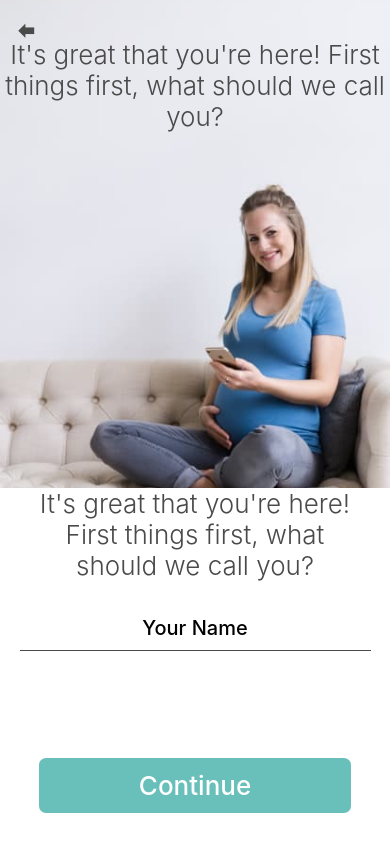
Repository: pheonixlegend/keleya
Screen: /Name
These files come from the project's save history. The screen is drawn as it stood at one moment and after the next save; the edit follows.
The app was drawn by React Native's web renderer in a window 390 px wide. The project was rebuilt for these pictures with package versions that can differ from the ones it lists, and the page was loaded fresh each time. Also part of the build but not shown: components/ImageHeader.tsx, components/LoginSignupDetails.tsx, screens/SignUp.tsx, screens/SignIn.tsx, screens/Date.tsx, screens/Workout.tsx, screens/Success.tsx.

Above is the screen before, as saved 2021-10-10 13:25:49.

### App.tsx
import { StatusBar } from 'expo-status-bar';
import React from 'react';
import { StyleSheet, Text, View } from 'react-native';
import Home from './screens/Home';
import { NavigationContainer } from '@react-navigation/native';
import AppStack from './routes/AppStack';

export default function App() {
  return (
    <NavigationContainer>
      <AppStack />
    </NavigationContainer>
  );
}

const styles = StyleSheet.create({
  container: {
    flex: 1,
    backgroundColor: '#fff',
    alignItems: 'center',
    justifyContent: 'center',
  },
});

### routes/AppStack.tsx
import { createStackNavigator } from '@react-navigation/stack';
import { Image } from 'react-native';
import Home from '../screens/Home';
import ImageHeader from '../components/ImageHeader';
import SignUp from '../screens/SignUp';
import SignIn from '../screens/SignIn';
import Name from '../screens/Name';
import Date from '../screens/Date';
import Workout from '../screens/Workout';
import Success from '../screens/Success';
import React from 'react';
import { Entypo } from '@expo/vector-icons';
import {RootStackParamList} from '../routes/RootStackPrams';

const Stack = createStackNavigator<RootStackParamList>();
    const appStack = () => {
        return (
            <Stack.Navigator
                screenOptions={{
                headerShown: false,
                headerTransparent: true,
                headerStyle: {
                  },
                  headerBackTitleStyle: {
                      opacity: 0,
                  },
                  headerTintColor: 'transparent'
                }}
            >
                <Stack.Screen name="Home" component={Home} />
                <Stack.Screen
                    name="SignUp"
                    component={SignUp}
                    options={{
                        headerShown: true,
                        headerBackImage: ()=>(<Entypo name='arrow-left' size={22}
                        color="#4a4a4a" style={{ paddingLeft: '20%', marginTop: '-10%' }} />)
                    }}
                />
                <Stack.Screen
                    name="SignIn"
                    component={SignIn}
                    options={{
                        headerShown: true,
                        headerBackImage: ()=>(<Entypo name='arrow-left' size={22}
                        color="#4a4a4a" style={{ paddingLeft: '20%', marginTop: '-10%' }} />)
                    }}
                />
                <Stack.Screen
                    name="Name"
                    component={Name}
                    options={{
                        headerShown: true,
                        headerBackImage: ()=>(<Entypo name='arrow-left' size={22}
                        color="#4a4a4a" style={{ paddingLeft: '20%', marginTop: '-10%' }} />)
                    }}
                />
                <Stack.Screen
                    name="Date"
                    component={Date}
                    options={{
                        headerShown: true,
                        headerBackImage: ()=>(<Entypo name='arrow-left' size={22}
                        color="#4a4a4a" style={{ paddingLeft: '20%', marginTop: '-10%' }} />)
                    }}
                />
                <Stack.Screen
                    name="Workout"
                    component={Workout}
                    options={{
                        headerShown: true,
                        headerBackImage: ()=>(<Entypo name='arrow-left' size={22}
                        color="#4a4a4a" style={{ paddingLeft: '20%', marginTop: '-10%' }} />)
                    }}
                />
                <Stack.Screen
                    name="Success"
                    component={Success}
                    options={{
                        headerShown: false,
                        headerBackImage: ()=>(<Entypo name='arrow-left' size={22}
                        color="#4a4a4a" style={{ paddingLeft: '20%', marginTop: '-10%' }} />)
                    }}
                />
            </Stack.Navigator>
        )
    }
export default appStack

### screens/Home.tsx
import { StatusBar } from 'expo-status-bar';
import React from 'react';
import { StyleSheet, Text, View, Button, Image, SafeAreaView, ImageBackground, TouchableOpacity } from 'react-native';
import { Global } from '../styles/Global';
import {useNavigation} from '@react-navigation/native';
import {StackNavigationProp} from '@react-navigation/stack';
import {RootStackParamList} from '../routes/RootStackPrams';

type authScreenProp = StackNavigationProp<RootStackParamList, 'Home'>;

function Home() {
  /* const signUpHandler = () => {
    navigation.push("Sign Up")
  }

  const signInHandler = () => {
    navigation.push("Sign In")
  }
 */
  const navigation = useNavigation<authScreenProp>();

  return (
    <ImageBackground source={require('../assets/images/first-intro-image.png')} style={styles.backgroundImage} >

    <SafeAreaView style={Global.container}>
      <StatusBar backgroundColor={'transparent'} translucent/>

      <View style={styles.imageContainer}>
        <Image source={require('../assets/images/keleya-logo.png')} style={styles.image} resizeMode="contain" />
      </View>

      <View style={styles.centeredView}>
        <Text style={styles.subText}>For a fit and relaxed pregnancy</Text>
      </View>

      <View style={styles.buttonContainer}>
      <TouchableOpacity style={styles.customBtnBGBottom} onPress={() => navigation.navigate('SignUp')}>
        <Text style={styles.customBtnTextBottom}>Get started</Text>
      </TouchableOpacity>


      <TouchableOpacity style={styles.customBtnBGBottom2} onPress={() => navigation.navigate('SignIn')}>
        <Text style={styles.customBtnTextBottom2}>Or login</Text>
      </TouchableOpacity>
      </View>
    </SafeAreaView>

    </ImageBackground>
  )
}

const styles = StyleSheet.create({
  imageContainer: {
    justifyContent: 'center',
    alignItems: 'center',
    height: '20%'
  },

  backgroundImage: {
    flex: 1,
    width: undefined,
    height: undefined,
    resizeMode: 'cover'
  },

  centeredView: {
    justifyContent: 'center',
    alignItems: 'center'
  },

  image: {
    width: '23%',
    height: '100%'
  },

  subText: {
    textAlign: 'center',
    fontSize: 24,
    fontWeight: "500",
    marginTop: '-3%',
    width: '53%',
    color: "#4a4a4a"
  },

  buttonContainer: {
    flex: 1,
    alignItems: 'center',
    height: '12.4%',
  },

  customBtnBGBottom: {
    backgroundColor: "#69c0ba",
    borderRadius: 7,
    width: '85%',
    height: '6.2%',
    position: 'absolute',
    bottom: 0,
    marginBottom: '23%',
    justifyContent: 'center',
    alignItems: 'center',
  },

  customBtnBGBottom2: {
    backgroundColor: "transparent",
    borderRadius: 7,
    width: '85%',
    position: 'absolute',
    bottom: 0,
    marginBottom: '10%',
    justifyContent: 'center',
    alignItems: 'center',
  },

  customBtnTextBottom: {
    fontSize: 26,
    fontWeight: "500",
    color: "#fff",
    textAlign: "center"
  },

  customBtnTextBottom2: {
    fontSize: 21,
    fontWeight: "600",
    color: "#4a4a4a",
    textAlign: "center"
  }

});

export default Home

### screens/Name.tsx
import {useNavigation} from '@react-navigation/native';
import { StatusBar } from 'expo-status-bar';
import React from 'react';
import { StyleSheet, Text, View, SafeAreaView, TouchableOpacity, TextInput } from 'react-native';
import { Global } from '../styles/Global';
import ImageHeaderMedium from '../components/ImageHeaderMedium';
import {StackNavigationProp} from '@react-navigation/stack';
import {RootStackParamList} from '../routes/RootStackPrams';
import NameTimeDetails from '../components/NameTimeDetails';

type nameScreenProp = StackNavigationProp<RootStackParamList, 'Name'>;

function Name() {
  const navigation = useNavigation<nameScreenProp>();

 return (
    <SafeAreaView style={styles.mainContainer}>
      <StatusBar backgroundColor={'transparent'} translucent/>
      <ImageHeaderMedium screenType = "nameScreen"/>
      {<NameTimeDetails screenType = "nameScreen" /> }

      <View style={styles.buttonContainer}>
          <TouchableOpacity style={styles.customBtnBGBottom} onPress={() => navigation.navigate('Date')}>
            <Text style={styles.customBtnTextBottom}>Continue</Text>
          </TouchableOpacity>
      </View>
    </SafeAreaView>
  )
}

const styles = StyleSheet.create({
  mainContainer: {
    flex: 1,
    backgroundColor: 'white'
  },

  forgotPasswordText: {
    textAlign: 'center',
    fontSize: 19,
    width: '90%',
    fontWeight: "300",
    color: "#4a4a4a",
    paddingBottom: '7%'
  },

  buttonContainer: {
    alignItems: 'center',
    width: '100%',
    bottom: 0,
    position: 'absolute',
  },

  customBtnBGBottom: {
    backgroundColor: "#69c0ba",
    borderRadius: 7,
    width: '80%',
    paddingTop: '3%',
    paddingBottom: '3%',
    marginBottom: '8%',
    justifyContent: 'center',
    alignItems: 'center',
  },

  customBtnTextBottom: {
    fontSize: 26,
    fontWeight: "500",
    color: "#ffff",
    textAlign: "center"
  }

});

export default Name

### styles/Global.tsx
import { StyleSheet } from 'react-native';

export const Global = StyleSheet.create({
    container: {
        flex: 1,
        backgroundColor: 'transparent',
    }
})

### components/ImageHeaderMedium.tsx
import React, { useState, FC } from 'react';
import { Text, View, StyleSheet, Image } from 'react-native';
import { Entypo } from '@expo/vector-icons';
import { LinearGradient } from 'expo-linear-gradient';

interface Props {
  screenType: string;
}

const ImageHeaderMedium: FC<Props> = ({ screenType }) => {

  let imageCondition = require('../assets/images/couch_smile.jpg')

  if (screenType == "dateScreen") {
    imageCondition = require('../assets/images/due-date-background-image.jpg')
  }
  else if (screenType == "workoutScreen") {
    imageCondition = require('../assets/images/workout-goal-background-image.jpg')
  }

  return (
    <Image source={imageCondition}
      style={[styles.image, screenType == "nameScreen" || "workoutScreen" ? { height: '65%' }
      : { height: '80%' }]} resizeMode="cover">
    </Image>
  );
}

const styles = StyleSheet.create({
  image: {
    flex: 1,
    position: 'absolute',
    width: '100%'
  }
});

export default ImageHeaderMedium

### components/NameTimeDetails.tsx
import React, { useState, FC } from 'react';
import { Text, View, StyleSheet, TextInput } from 'react-native';
import { MaterialIcons } from '@expo/vector-icons';
import { CheckBox } from 'react-native-elements';

interface Props {
  screenType: string;
}

const NameTimeDetails: FC<Props> = ({ screenType }) => {

 // const [screenType, setScreenType] = useState(0);

  return (
    <View>
      <Text style={styles.titleText}>
          {screenType == "nameScreen" ? 'It\'s great that you\'re here! First things first, what should we call you?'
           : 'When is your baby due, Sam?'}</Text>
      <View style={styles.centeredView}>
        <Text style={styles.subText}>
          {screenType == "nameScreen" ? 'It\'s great that you\'re here! First things first, what should we call you?'
           : 'When is your baby due, Sam?'}</Text>

        <TextInput
          placeholder="Your Name"
          style={styles.input}
        />
      </View>
    </View>
  )
}

const styles = StyleSheet.create({
  centeredView: {
    justifyContent: 'flex-start',
    alignItems: 'center',
    backgroundColor: 'white',
    marginTop: '125%',
    paddingLeft: '5%',
    paddingRight: '5%'
  },

  subText: {
    textAlign: 'center',
    fontSize: 26,
    width: '90%',
    fontWeight: "300",
    color: "#4a4a4a",
    paddingBottom: '10%'
  },

  titleText: {
    textAlign: 'center',
    fontSize: 26,
    width: '100%',
    fontWeight: "300",
    color: "#4a4a4a",
    paddingBottom: '10%',
    position: 'absolute',
    top: 0,
    paddingTop: '10%'
  },

  forgotPasswordText: {
    textAlign: 'center',
    fontSize: 19,
    width: '90%',
    fontWeight: "300",
    color: "#4a4a4a",
    paddingBottom: '7%'
  },

  buttonContainer: {
    alignItems: 'center',
    width: '100%',
    bottom: 0,
    position: 'absolute',
  },

  customBtnBGBottom: {
    backgroundColor: "#69c0ba",
    borderRadius: 7,
    width: '80%',
    paddingTop: '3%',
    paddingBottom: '3%',
    marginBottom: '8%',
    justifyContent: 'center',
    alignItems: 'center',
  },

  customBtnTextBottom: {
    fontSize: 26,
    fontWeight: "500",
    color: "#ffff",
    textAlign: "center"
  },

  input: {
    width: '100%',
    fontSize: 20,
    textAlign: 'center',
    fontWeight: '500',
    paddingLeft: '10%',
    paddingRight: '10%',
    paddingBottom: '3%',
    marginBottom: '12%',
    borderBottomColor: '#4a4a4a',
    borderBottomWidth: 1
  },

  checkboxView: {
    alignItems:'flex-start',
    justifyContent:'flex-start',
    marginTop: '-6%',
    paddingLeft: '5%',
    paddingRight: '5%',
    // display: 'none'
  },

  label: {
    margin: 8,
  }

});

export default NameTimeDetails

After the next save:
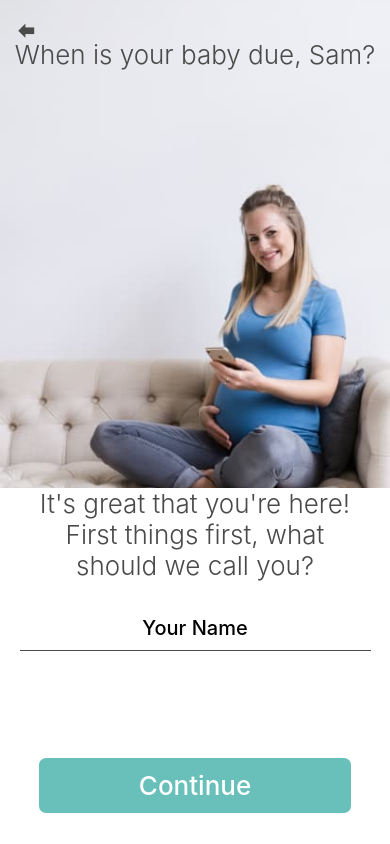
Saved 2 min 47 s later.
--- a/components/NameTimeDetails.tsx
+++ b/components/NameTimeDetails.tsx
@@ -14,7 +14,7 @@ const NameTimeDetails: FC<Props> = ({ screenType }) => {
   return (
     <View>
       <Text style={styles.titleText}>
-          {screenType == "nameScreen" ? 'It\'s great that you\'re here! First things first, what should we call you?'
+          {screenType == "workoutScreen" ? 'How many times a week do you want to be active'
            : 'When is your baby due, Sam?'}</Text>
       <View style={styles.centeredView}>
         <Text style={styles.subText}>
